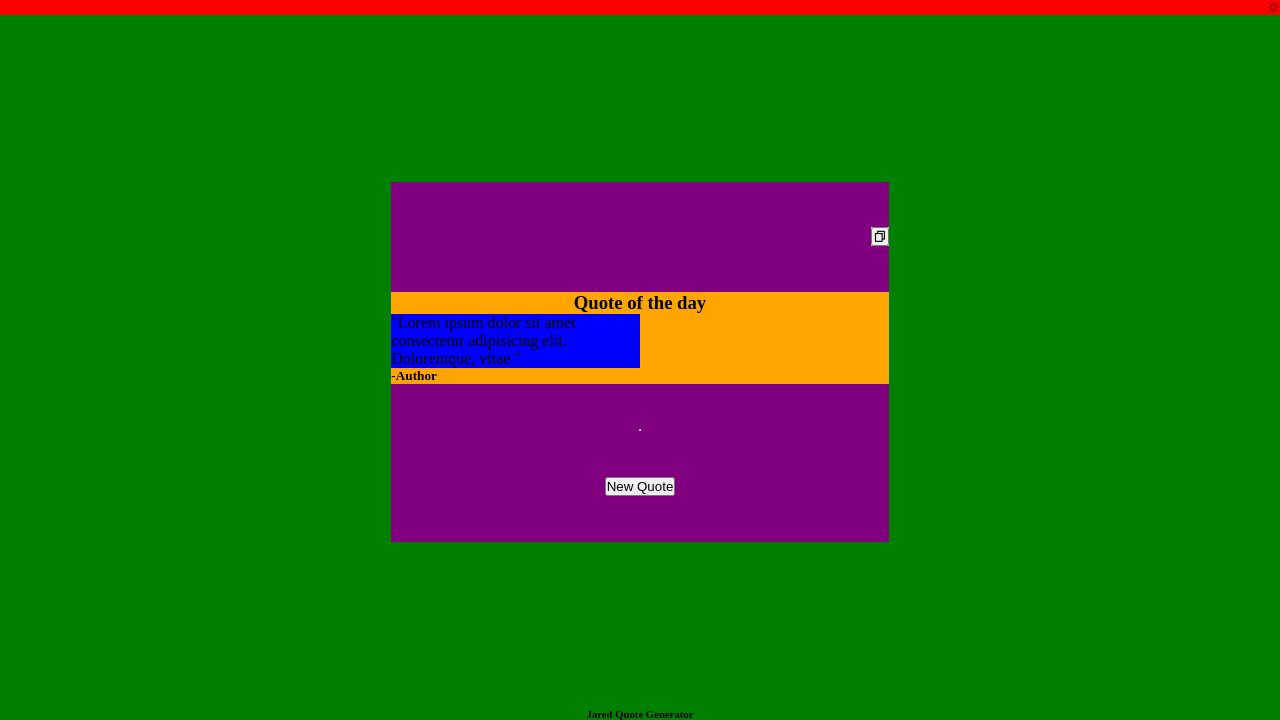
Repository: EguJaredoBoyd/Jared-Quote-Generator
Page: html/main.html
The author's editor kept a copy of each file at every save. The page is drawn from the files as they stood at one save, then again after the next save.
The browser window is 1280 px wide. The pictures show the whole page.
Some web libraries are served in a nearby version.

Above is the page before, as saved 2026-01-09 00:52:58.

### html/main.html
<!DOCTYPE html>
<html lang="en">
  <head>
    <meta charset="UTF-8" />
    <meta name="viewport" content="width=device-width, initial-scale=1.0" />
    <link rel="stylesheet" href="../css/style.css" />
    <script src="../js/main.js" defer></script>
    <link
      href="https://cdn.jsdelivr.net/npm/remixicon@4.8.0/fonts/remixicon.css"
      rel="stylesheet"
    />
    <title>Document</title>
  </head>
  <body>
    <div class="container">
      <header>
        <button><i class="ri-sun-line"></i></button>
      </header>
      <main>
        <div class="quote-container">
          <div class="quote-container__copy">
            <button><i class="ri-file-copy-line"></i></button>
          </div>
          <div class="quote-container__quotes">
            <h3>Quote of the day</h3>
            <p>
              "Lorem ipsum dolor sit amet consectetur adipisicing elit.
              Doloremque, vitae."
            </p>
            <div>
              <h5>-Author</h5>
            </div>
          </div>
          <hr />
          <div>
            <button>New Quote</button>
          </div>
        </div>
      </main>
      <footer>
        <div>
          <h6>Jared Quote Generator</h6>
        </div>
      </footer>
    </div>
  </body>
</html>

### css/style.css
* {
  margin: 0;
  padding: 0;
  box-sizing: border-box;
}

:root {
  --background-color: #7b0d1e;
  --card-color: #f8e5ee;
  --text-color: black;
  --button-color: var(--background-color);
}

html {
  font-size: 16px;
}

.lighter-theme {
  --background-color: var(--card-color);
  --card-color: var(--background-color);
  --text-color: var(--text-color);
  --button-color: var(--button-color);
}

.container {
  background-color: green;
  height: 100vh;
  display: flex;
  flex-direction: column;
  justify-content: space-between;
  align-items: center;
}

header {
  display: flex;
  justify-content: flex-end;
  background-color: red;
  width: 100%;
}

header button {
  border: none;
  background: none;
  color: var(--button-color);
}

.quote-container {
  background-color: purple;
  display: flex;
  flex-direction: column;
  justify-content: space-evenly;
  align-items: center;
  height: 50vh;
  width: auto;
}

.quote-container__copy {
  align-self: self-end;
  background-color: pink;
}

.quote-container__quotes {
  background-color: orange;
}

.quote-container__quotes h3 {
  text-align: center;
}

.quote-container__quotes p {
  background-color: blue;
  max-width: 50%;
  text-justify: center;
}

Loaded but not shown: js/main.js (no copy from this time; the picture is the same without it)

After the next save:
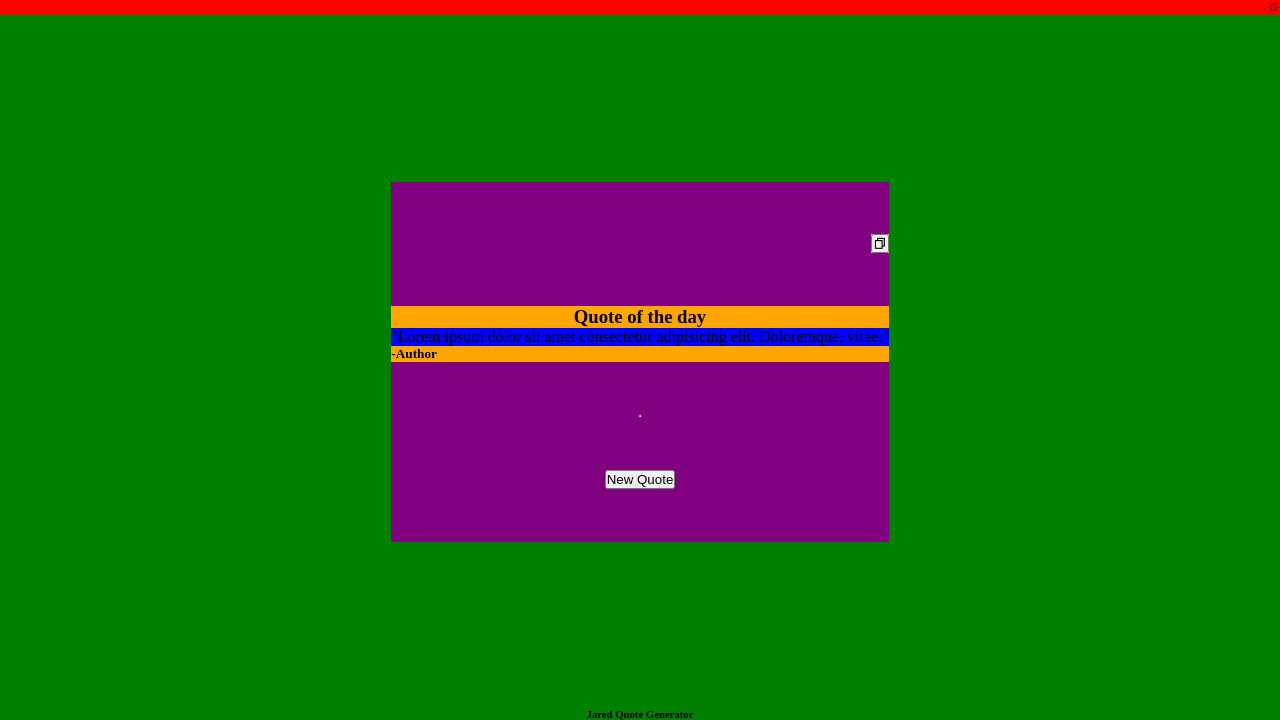
Saved 8 s later.
--- a/css/style.css
+++ b/css/style.css
@@ -69,6 +69,6 @@ header button {
 
 .quote-container__quotes p {
   background-color: blue;
-  max-width: 50%;
+  max-width: 50vw;
   text-justify: center;
 }
